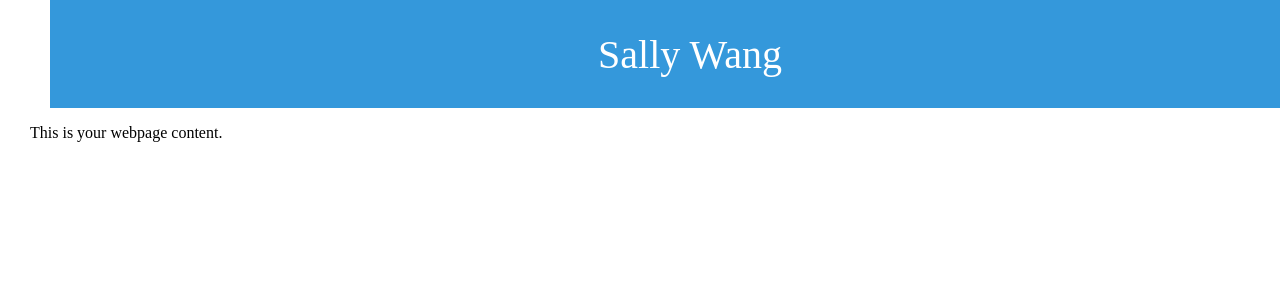
Repository: tianjiewang2022/tianjiewang2022.github.io
Page: index.html
These files come from the project's save history. The page is drawn as it stood at one moment and after the next save; the edit follows.
The browser window is 1280 px wide. The pictures show the whole page.

Above is the page before, as saved 2023-10-01 22:18:14.

### index.html
<!DOCTYPE html>
<html lang="en">

    <head>
        <meta charset="UTF-8">
        <meta name="viewport" content="width=device-width, initial-scale=1.0">
        <title>Sally's Webpage</title>
        <style>
            body {
                margin-left: 10px;
                margin-right: 10px;
                padding: 10px;
            }

            header {
                background-color: #3498db;
                /* Choose your header color */
                color: white;
                position: fixed;
                top: 0;
                left: 50px;
                right: 50px;
                width: 100%;
                height: 15%;
                /* Adjust the header height as needed */
                display: flex;
                align-items: center;
                justify-content: center;
                z-index: 100;
                font-size: 40px;
            }

            .container {
                margin-top: 80px;
                /* Ensure content starts below the header */
                padding: 10px;
            }
        </style>
    </head>

    <body>
        <header>
            Sally Wang
        </header>

        <div class="container">
            <!-- Your content goes here -->
            <p>This is your webpage content.</p>
        </div>
    </body>

</html>

After the next save:
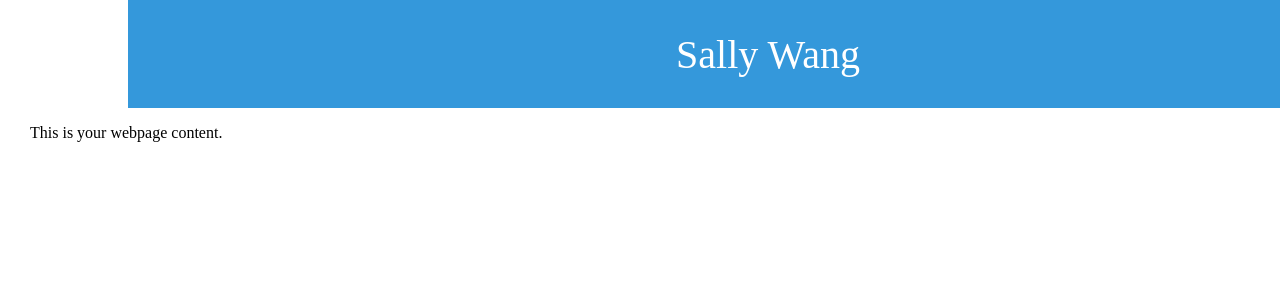
Saved 41 s later.
--- a/index.html
+++ b/index.html
@@ -18,8 +18,8 @@
                 color: white;
                 position: fixed;
                 top: 0;
-                left: 50px;
-                right: 50px;
+                left: 10%;
+                right: 10%;
                 width: 100%;
                 height: 15%;
                 /* Adjust the header height as needed */
